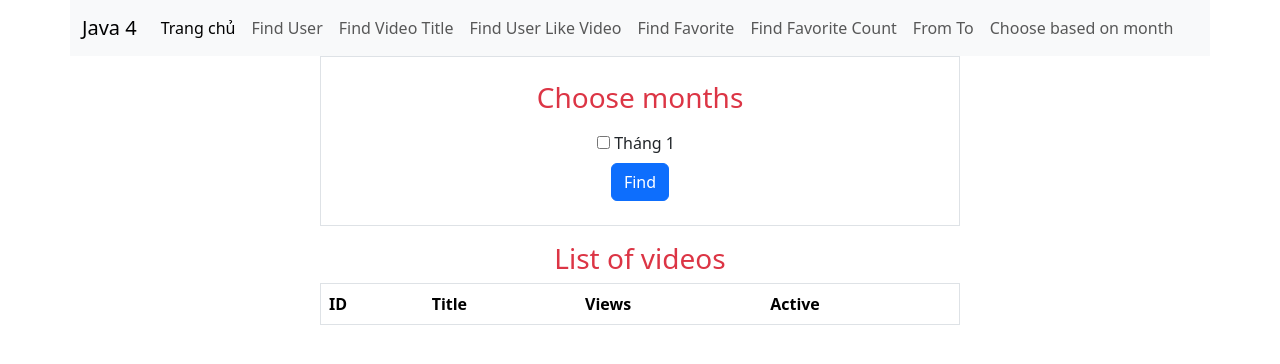
Repository: DanielNine9/java_servlet
Page: http://localhost/lab6/find/choose-month
These files come from the project's save history. The page is drawn as it stood at one moment and after the next save; the edit follows.
The browser window is 1280 px wide. The pictures show the whole page.
The page is served by Tomcat 9.

Above is the page before, as saved 2024-07-17 09:39:25.

After the next save:
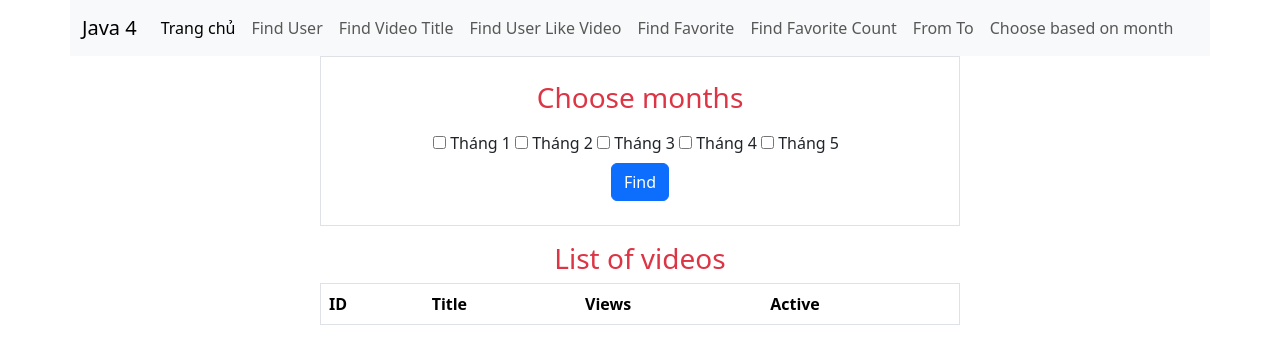
Saved 27 s later.
--- a/lab6/src/main/webapp/lab6/chooseMonth.jsp
+++ b/lab6/src/main/webapp/lab6/chooseMonth.jsp
@@ -24,6 +24,22 @@
 				<div>
 					<input type="checkbox" id="1"> <label for="1">Tháng
 						1</label>
+				</div>
+				<div>
+					<input type="checkbox" id="2"> <label for="2">Tháng
+						2</label>
+				</div>
+				<div>
+					<input type="checkbox" id="3"> <label for="3">Tháng
+						3</label>
+				</div>
+				<div>
+					<input type="checkbox" id="1"> <label for="4">Tháng
+						4</label>
+				</div>
+				<div>
+					<input type="checkbox" id="5"> <label for="5">Tháng
+						5</label>
 				</div>
 			</div>
 			<div></div>
